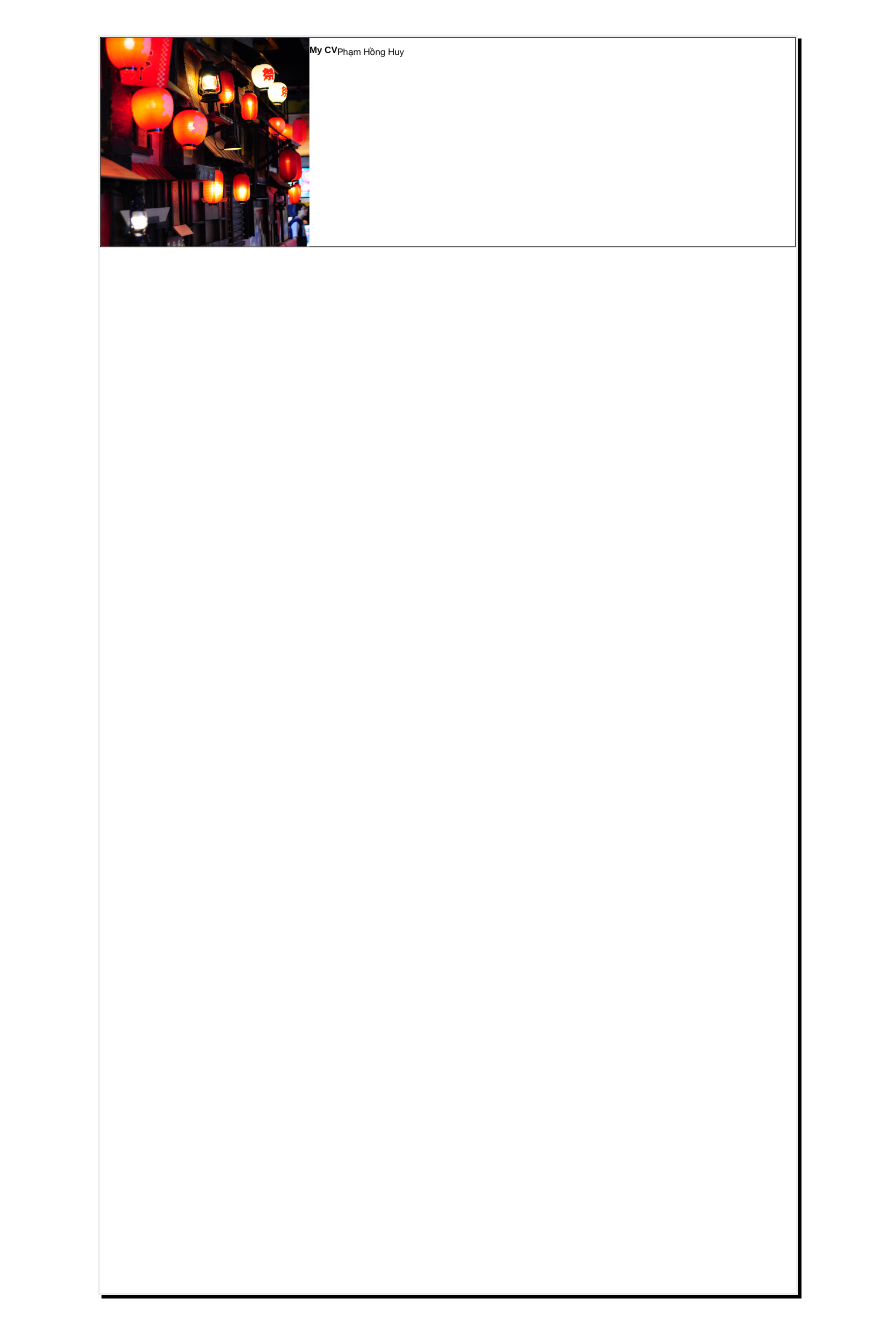
Repository: phamhonghuy/bookstore
Page: index.html
An editor plug-in stored every save of this project. The page is shown before and after the next save, followed by the edit.
The browser window is 1280 px wide. The pictures show the whole page, at 70% of full size.

Above is the page before, as saved 2021-10-08 23:13:15.

### index.html
<!DOCTYPE html>
<html>
    <head>
        <meta name="viewport" content="width=device-width" />
        <meta  charset="utf-8" />
        <script src="js/script.js"></script>
        <link rel="stylesheet" href="css/style.css">
        <title>My CV</title>
        <link rel="shortcut icon" href="/image/shortcut-icon.png">
    </head>
    <body>
        <div class='header'>
            <img id ='avatar' src="/image/Avatar.jpg">
            <h1>My CV</h1>
            <p id="name">Phạm Hồng Huy</p>

        </div>
    </body>
    <footer></footer>
</html>

### css/style.css
* {
    color:rgb(0, 0, 0);
    font-family: Helvetica;
    font-size: 13px;
    box-sizing: border-box;
}
@font-face {
    font-family:Helvetica;
    src: url(/font/helveticaneue.ttf);
}
body {
    width: 1000px;
    height: 1800px;
    box-shadow: 5px 5px rgb(0, 0, 0);
    margin: 50px auto;
    border: 3px solid #eee;
}

.header{
    display: flex;
    height:300px ;
    border: 1px solid rgb(0, 0, 0);

}

.header #avatar {
    height: ;
}

Loaded but not shown: JS/script.js (no copy from this time; the picture is the same without it)

After the next save:
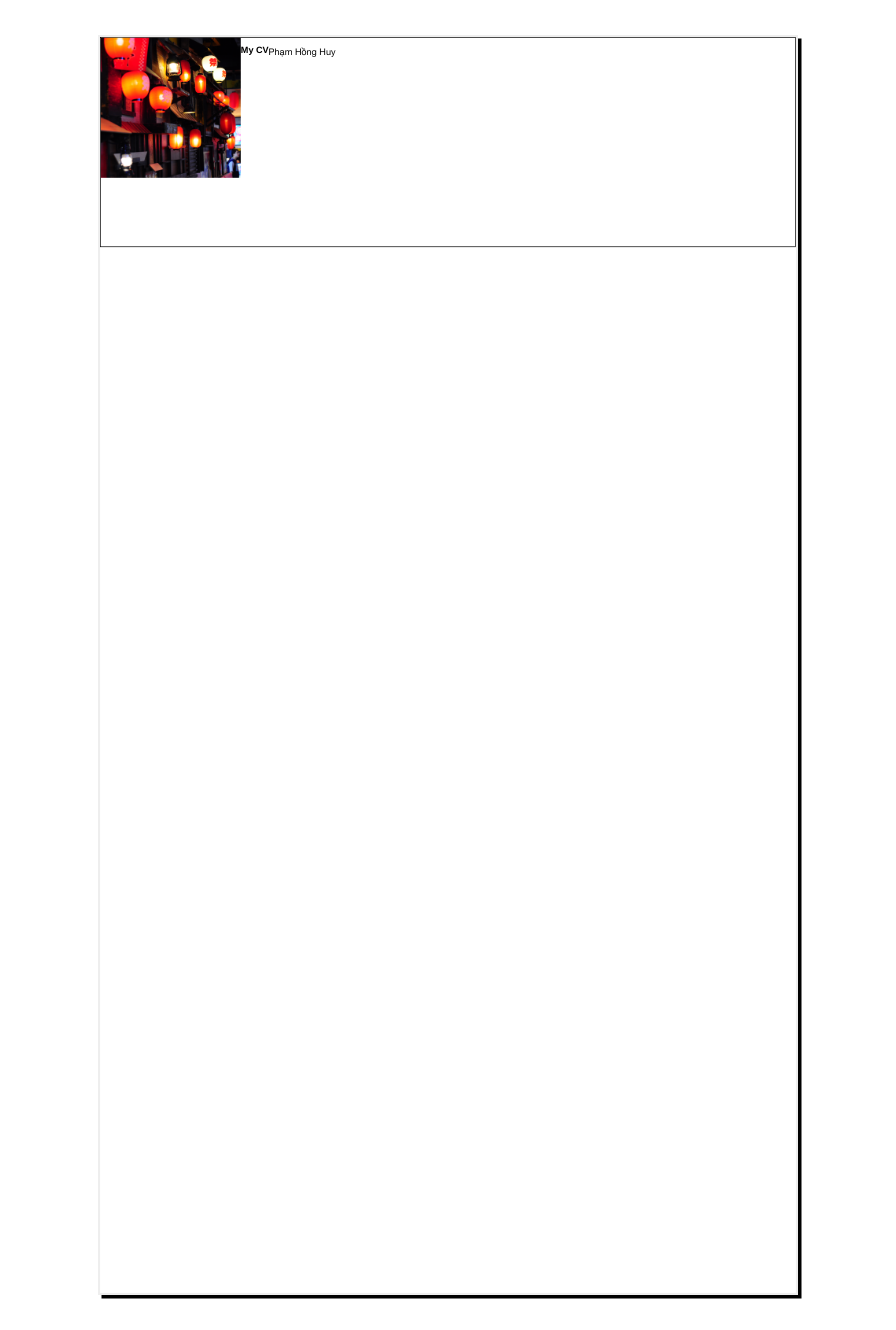
Saved 9 s later.
--- a/css/style.css
+++ b/css/style.css
@@ -24,5 +24,5 @@ body {
 }
 
 .header #avatar {
-    height: ;
+    height: 200px ;
 }
